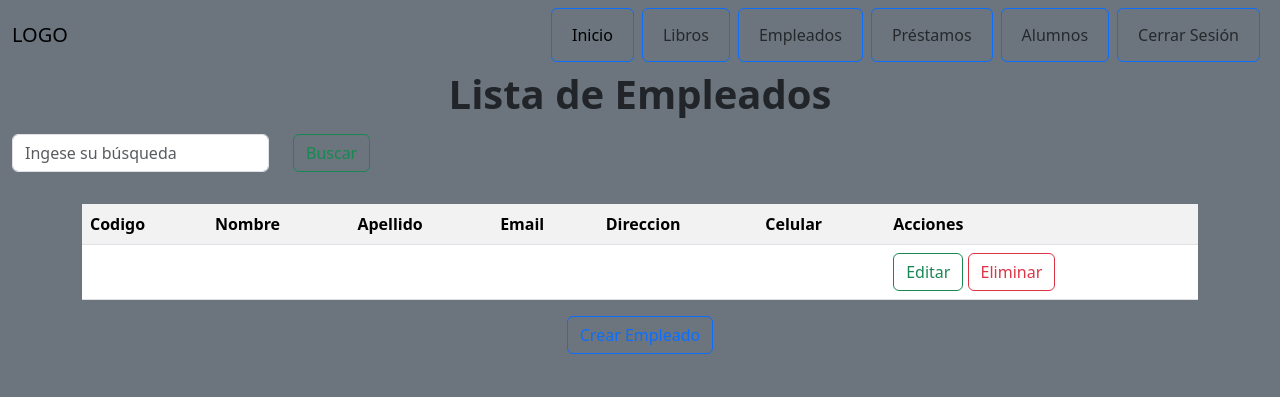
Repository: WilmerOcampo/LP1_Biblioteca
Page: http://localhost/Proyecto/listaEmpleados.jsp
The author's editor kept a copy of each file at every save. The page is drawn from the files as they stood at one save, then again after the next save.
The browser window is 1280 px wide. The pictures show the whole page.
The page is served by Tomcat 10. Other server files are loaded and not shown.

Above is the page before, as saved 2023-05-31 15:32:04.

### Proyecto/src/main/webapp/listaEmpleados.jsp
<%@ page language="java" contentType="text/html; charset=ISO-8859-1"
    pageEncoding="ISO-8859-1"%>
<!DOCTYPE html>
<html>
<head>
<meta charset="ISO-8859-1">
<title>Empleados</title>
<link href="https://cdn.jsdelivr.net/npm/bootstrap@5.3.0-alpha3/dist/css/bootstrap.min.css" rel="stylesheet"
    integrity="sha384-KK94CHFLLe+nY2dmCWGMq91rCGa5gtU4mk92HdvYe+M/SXH301p5ILy+dN9+nJOZ" crossorigin="anonymous">
</head>

<body class="bg-secondary">

    <nav class="navbar navbar-expand-lg">
        <div class="container-fluid">
            <a class="navbar-brand" href="index.jsp">LOGO</a>
            <button class="navbar-toggler" type="button" data-bs-toggle="collapse" data-bs-target="#navbarNav"
                aria-controls="navbarNav" aria-expanded="false" aria-label="Toggle navigation">
                <span class="navbar-toggler-icon"></span>
            </button>
            <div class="collapse navbar-collapse" id="navbarNav">
                <ul class="navbar-nav ms-md-auto">
                    <li class="nav-item btn btn-outline-primary me-2">
                        <a class="nav-link active" aria-current="page" href="index.jsp">Inicio</a>
                    </li>
                    <li class="nav-item btn btn-outline-primary me-2">
                        <a class="nav-link" href="listaLibros.jsp">Libros</a>
                    </li>
                    <li class="nav-item btn btn-outline-primary me-2">
                        <a class="nav-link" href="listaEmpleados.jsp">Empleados</a>
                    </li>
                    <li class="nav-item btn btn-outline-primary me-2 ">
                        <a class="nav-link" href="listaPrestamos.jsp">Préstamos</a>
                    </li>
                    <li class="nav-item btn btn-outline-primary me-2 ">
                        <a class="nav-link" href="listaAlumnos.jsp">Alumnos</a>
                    </li>
                    <li class="nav-item btn btn-outline-primary me-2 ">
                        <a class="nav-link" href="login.jsp">Cerrar Sesión</a>
                    </li>
                </ul>
            </div>
        </div>
    </nav>

    <h1 class="d-flex justify-content-center"><strong>Lista de Empleados</strong></h1>

    <nav class="navbar">
        <div class="container-fluid">
            <form class="d-flex" role="search">
                <input class="form-control me-4" type="search" placeholder="Ingese su búsqueda" aria-label="Search">
                <button class="btn btn-outline-success" type="submit">Buscar</button>
            </form>
        </div>
    </nav><br>

    <div class="container">

        <table class="table table-striped">
            <tr>
                <th scope="col">Codigo</th>
                <th scope="col">Nombre</th>
                <th scope="col">Apellido</th>
                <th scope="col">Email</th>
                <th scope="col">Direccion</th>
                <th scope="col">Celular</th>
                <th scope="col">Acciones</th>
            </tr>

            <tr>
                <th></th>
                <td></td>
                <td></td>
                <td></td>
                <td></td>
                <td></td>
                <td><a class="btn btn-outline-success" href="">Editar</a>
                    <a class="btn btn-outline-danger" href="#" onclick="confirmarEliminacion()">Eliminar</a>
                </td>
            </tr>
        </table>

        <div class="d-flex justify-content-center">
            <input class="btn btn-outline-primary" type="button" value="Crear Empleado"
                onclick="window.location.href='registrarEmpleado.jsp'">
        </div>

    </div>

    <script src="https://cdn.jsdelivr.net/npm/bootstrap@5.3.0-alpha3/dist/js/bootstrap.bundle.min.js"
        integrity="sha384-ENjdO4Dr2bkBIFxQpeoTz1HIcje39Wm4jDKdf19U8gI4ddQ3GYNS7NTKfAdVQSZe"
        crossorigin="anonymous"></script>

<script>
	function confirmarEliminacion(codigo) {
		if (confirm("¿Estás seguro de que deseas eliminar este registro?")) {
			window.location.href = "ControladorClientes?instruccion=eliminar&codigo=" + codigo;
		}
	}
</script>

</body>
</html>

After the next save:
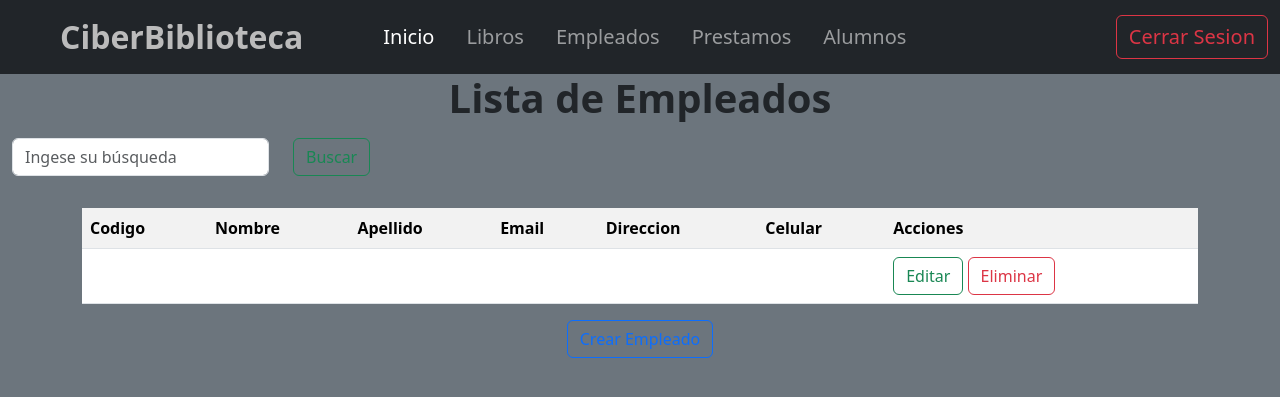
Saved 46 s later.
--- a/Proyecto/src/main/webapp/listaEmpleados.jsp
+++ b/Proyecto/src/main/webapp/listaEmpleados.jsp
@@ -11,37 +11,50 @@
 
 <body class="bg-secondary">
 
-    <nav class="navbar navbar-expand-lg">
+    <!-- Inicio del menu -->
+      <nav class="navbar navbar-expand-md navbar-dark bg-dark">
         <div class="container-fluid">
-            <a class="navbar-brand" href="index.jsp">LOGO</a>
-            <button class="navbar-toggler" type="button" data-bs-toggle="collapse" data-bs-target="#navbarNav"
-                aria-controls="navbarNav" aria-expanded="false" aria-label="Toggle navigation">
-                <span class="navbar-toggler-icon"></span>
-            </button>
-            <div class="collapse navbar-collapse" id="navbarNav">
-                <ul class="navbar-nav ms-md-auto">
-                    <li class="nav-item btn btn-outline-primary me-2">
-                        <a class="nav-link active" aria-current="page" href="index.jsp">Inicio</a>
-                    </li>
-                    <li class="nav-item btn btn-outline-primary me-2">
-                        <a class="nav-link" href="listaLibros.jsp">Libros</a>
-                    </li>
-                    <li class="nav-item btn btn-outline-primary me-2">
-                        <a class="nav-link" href="listaEmpleados.jsp">Empleados</a>
-                    </li>
-                    <li class="nav-item btn btn-outline-primary me-2 ">
-                        <a class="nav-link" href="listaPrestamos.jsp">Préstamos</a>
-                    </li>
-                    <li class="nav-item btn btn-outline-primary me-2 ">
-                        <a class="nav-link" href="listaAlumnos.jsp">Alumnos</a>
-                    </li>
-                    <li class="nav-item btn btn-outline-primary me-2 ">
-                        <a class="nav-link" href="login.jsp">Cerrar Sesión</a>
-                    </li>
-                </ul>
-            </div>
+
+        <!-- icono o nombre -->
+        <a class="navbar-brand" href="#" style="padding-left: 3rem; padding-right: 3rem;">
+            <i class="bi bi-book" style="font-size: 2rem; color:#bbb"></i>
+            <span style="font-size: 2rem; color:#bbb"><b>CiberBiblioteca</b></span>
+          </a>
+
+        <!-- boton del menu -->
+        <button class="navbar-toggler" type="button" data-bs-toggle="collapse" data-bs-target="#menu" aria-controls="navbarSupportedContent" aria-expanded="false" aria-label="Toggle navigation">
+            <span class="navbar-toggler-icon"></span>
+        </button>
+
+          <!-- elementos del menu colapsable -->
+        <div class="collapse navbar-collapse" id="menu">
+            <ul class="navbar-nav me-auto" style="font-size: 20px">
+                  <li class="nav-item" style="margin:0 0.5rem">
+                    <a class="nav-link active" aria-current="page" href="index.jsp">Inicio</a>
+                  </li>
+                  <li class="nav-item" style="margin:0 0.5rem">
+                    <a class="nav-link" href="listaLibros.jsp">Libros</a>
+                  </li>
+                  <li class="nav-item" style="margin:0 0.5rem">
+                    <a class="nav-link" href="listaEmpleados.jsp">Empleados</a>
+                  </li>
+                  <li class="nav-item" style="margin:0 0.5rem">
+                    <a class="nav-link" href="listaPrestamos.jsp">Prestamos</a>
+                  </li>
+                  <li class="nav-item" style="margin:0 0.5rem">
+                    <a class="nav-link" href="listaAlumnos.jsp">Alumnos</a>
+                  </li>
+                 </ul>
+
+          <hr class="d-md-none text-white-50">
+
+         <!--boton Informacion -->
+          <form class="d-flex">
+            <button class="btn btn-outline-danger d-none d-md-inline-block " type="submit" style="font-size: 20px;">Cerrar Sesion</button>
+          </form>
         </div>
-    </nav>
+        </div>
+      </nav>
 
     <h1 class="d-flex justify-content-center"><strong>Lista de Empleados</strong></h1>
 
